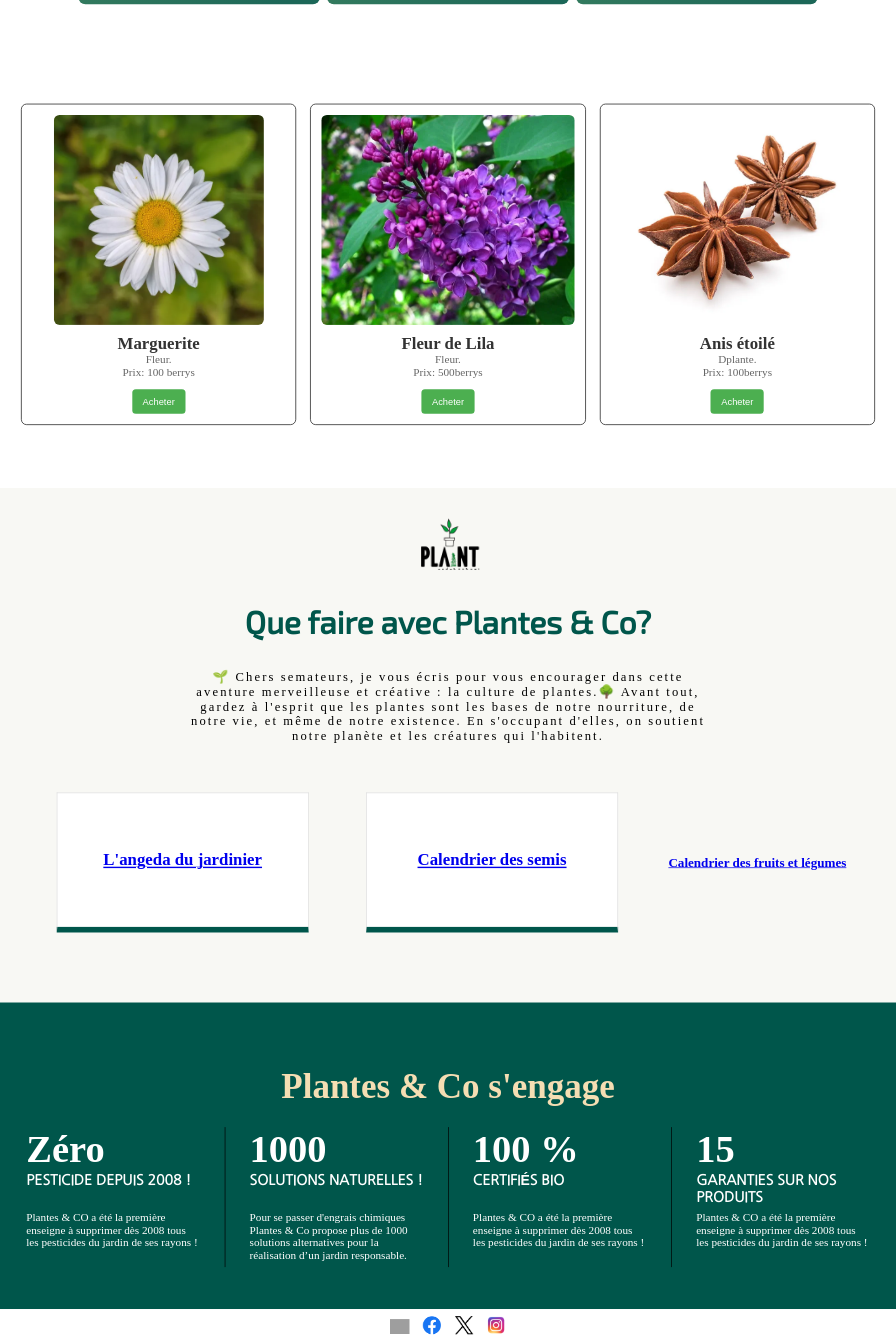
Repository: Flexo874/ISITECH-HTML-CSS
Page: index.html
These files come from the project's save history. The page is drawn as it stood at one moment and after the next save; the edit follows.
The browser window is 1280 px wide. The pictures show the part of the page from y = 1603 to 3523 px (the page is 3523 px tall before and 3330 px after), at 70% of full size.
Pictures or frames that could not be fetched are drawn as grey boxes. Some web fonts or font styles are not loaded; a fallback is used.

Above is the page before, as saved 2024-01-04 14:56:50.

### index.html
<!DOCTYPE html>
<html>
<head>
    <link rel="icon" href="/images/logo_render.png">
    <title>Plantes & Co</title>
    <link rel="preconnect" href="https://fonts.googleapis.com">
<link rel="preconnect" href="https://fonts.gstatic.com" crossorigin>
<link href="https://fonts.googleapis.com/css2?family=Exo+2&family=Macondo&family=Nanum+Gothic&display=swap" rel="stylesheet">
     <link rel="stylesheet" type="text/css" href="./style.css">
     <link rel="stylesheet" type="text/css" href="./reseaux.css">
     <link rel="stylesheet" type="text/css" href="./engagement.css">
     <link rel="stylesheet" type="text/css" href="./instructions.css">
     <link rel="preconnect" href="https://fonts.googleapis.com">
     <link rel="preconnect" href="https://fonts.gstatic.com" crossorigin>
     <link href="https://fonts.googleapis.com/css2?family=Exo+2&display=swap" rel="stylesheet">
     <link rel="preconnect" href="https://fonts.googleapis.com">
     <link rel="preconnect" href="https://fonts.gstatic.com" crossorigin>
     <link href="https://fonts.googleapis.com/css2?family=Exo+2&family=Macondo&display=swap" rel="stylesheet">
</head>
<body>

    <ul>
        <li>  <img src="images/logo_render.png" alt="Logo"></li>
        <li><a href="#home">Home</a></li>
        <li><a href="#news">News</a></li>
        <li><a href="/contact/contact.html">Contact</a></li>
        <li><a href="#about">About</a></li>
    </ul>

    <div class="plant-img">
        <div>
            <img src="/images/logo_render.png" alt="plante">
        </div>
    </div>

    <h1 > Best Sellers</h1>

    <div class="container">
            <div class="item">
                <a>
                <img src="images/semis-prêt-à-être-planté-dans-le-jardin.webp" alt="Logo">
                <p>Lorem ipsum dolor sit amet, consectetur adipiscing elit,  aliqua. Ut enim ad minim veniam, quis nostrud exercitation ullamco laboris nisi ut aliquip ex ea commodo consequat. Duis aute irure dolor in reprehenderit in voluptate velit esse cillum dolore eu fugiat nulla pariatur. Excepteur sint occaecat cupidatat non proident, sunt in culpa qui officia deserunt mollit anim id est laborum.</p>
                </a>
            </div>
            <div class="item">
                <a>
                <img src="images/semis-prêt-à-être-planté-dans-le-jardin.webp" alt="Logo">
                <p>Lorem ipsum dolor sit amet, consectetur adipiscing elit,  aliqua. Ut enim ad minim veniam, quis nostrud exercitation ullamco laboris nisi ut aliquip ex ea commodo consequat. Duis aute irure dolor in reprehenderit in voluptate velit esse cillum dolore eu fugiat nulla pariatur. Excepteur sint occaecat cupidatat non proident, sunt in culpa qui officia deserunt mollit anim id est laborum.</p>
                </a>
            </div>
            <div class="item">
                <a>
                <img src="images/semis-prêt-à-être-planté-dans-le-jardin.webp" alt="Logo">
                <p>Lorem ipsum dolor sit amet, consectetur adipiscing elit,  aliqua. Ut enim ad minim veniam, quis nostrud exercitation ullamco laboris nisi ut aliquip ex ea commodo consequat. Duis aute irure dolor in reprehenderit in voluptate velit esse cillum dolore eu fugiat nulla pariatur. Excepteur sint occaecat cupidatat non proident, sunt in culpa qui officia deserunt mollit anim id est laborum.</p>
                </a>
            </div>
    </div>

    <section class="produits">
        <div class="produit">
            <img src="images/Leucanthemum_vulgare.webp" alt="Produit 1">
            <h3>Marguerite</h3>
            <p>Fleur.</p>
            <p>Prix: 100 berrys</p>
            <button>Acheter</button>
        </div>
        <div class="produit">
            <img src="images/1676375528_249_Belle-signification-et-symbolisme-de-la-couleur-de-la-fleur.webp" alt="Produit 1">
            <h3>Fleur de Lila</h3>
            <p>Fleur.</p>
            <p>Prix: 500berrys </p>
            <button>Acheter</button>
        </div>
        <div class="produit">
            <img src="images/anis-étoilé-spice-de-fruits-et-de-graines-isolé-sur-fond-blanc.webp" alt="Produit 1">
            <h3>Anis étoilé</h3>
            <p>Dplante.</p>
            <p>Prix: 100berrys</p>
            <button>Acheter</button>
        </div>
    </section>

    <section class="instructions">
        <div class="logo">
        <img src="images/logo_render.png" alt="Logo">
        </div>
        <div class="titre">
            <h2>Que faire avec Plantes & Co?</h2>
        </div>
        <div class="description">
            <p>🌱 Chers semateurs, je vous écris pour vous encourager dans cette aventure
                 merveilleuse et créative : la culture de plantes.🌳 Avant tout, gardez à l'esprit que les plantes sont les bases de notre nourriture, de notre vie, et même de notre existence. En s'occupant d'elles, on soutient notre planète et les créatures qui l'habitent.</p>
          </div>
        <div class="categories">
            <a class="calendar" href="https://www.notretemps.com/vie-pratique/jardin/l-agenda-du-jardinier">

                    <h3>L'angeda du jardinier</h3>

            </a>
            <a class="calendar" href="https://www.fermedesaintemarthe.com/calendrier-des-semis-et-recoltes-p-13525">

                    <h3>Calendrier des semis</h3>

            </a>
            <a calss="calendar" href="https://www.bienmanger.com/1C600_Saison_Fruits_Legumes_Calendrier.html">

                <h3>Calendrier des fruits et légumes</h3>

            </a>
        </div>
    </section>

    <section class="engagement">
        <div class="titre2">
            <h2>Plantes & Co s'engage</h2>
        </div>
        <div class="cat">
            <div class="eng">
                <div class="titre-pesticide">
                    <h3>Zéro</h3>
                    <h4>PESTICIDE DEPUIS 2008 !</h4>
                </div>
                <div class="test">
                    <p>Plantes & CO a été la première enseigne à supprimer dès 2008 tous les pesticides du jardin de ses rayons !</p>
                </div>
             </div>
            <div class="separator"></div>
            <div class="eng">
                <div class="titre-pesticide">
                <h3>1000</h3>
                <h4>SOLUTIONS NATURELLES !</h4>
            </div>
                <div class="test">
                <p>Pour se passer d'engrais chimiques Plantes & Co propose plus de 1000 solutions alternatives pour la réalisation d’un jardin responsable.</p>
            </div>
            </div>
            <div class="separator"></div>
            <div class="eng">
                <div class="titre-pesticide">
                <h3>100 %</h3>
                <h4>CERTIFIÉS BIO</h4>
            </div>
                <div class="test">
                <p>Plantes & CO a été la première enseigne à supprimer dès 2008 tous les pesticides du jardin de ses rayons !</p>
            </div>
            </div>
            <div class="separator"></div>

            <div class="eng">
                <div class="titre-pesticide">
                <h3>15</h3>
                <h4>GARANTIES SUR NOS PRODUITS</h4>
            </div>
                <div class="test">
                <p>Plantes & CO a été la première enseigne à supprimer dès 2008 tous les pesticides du jardin de ses rayons !</p>
            </div>
            </div>
        </div>
    </section>

    <footer>
            <div class="socials">
                <div class="social">
                    <a class="yt"><img src="images/youtube.webp" alt="Youtube"></a>
                </div>
                <div class="social">
                    <img src="images/logo-facebook.webp" alt="Youtube">
                </div>
                <div class="social">
                    <img src="images/logo-black.png.twimg.1920.webp" alt="Youtube">
                </div>
                <div class="social">
                    <img src="images/580b57fcd9996e24bc43c521.webp" alt="Youtube">
                </div>
            </div>
    </footer>




</body>
</html>

### style.css
* {
  margin: 0;
  padding: 0;
  scroll-behavior: smooth;
}
ul {
  list-style-type: none;
  margin: 0;
  padding: 0;
  overflow: hidden;
  background-image: linear-gradient(
    109.6deg,
    rgba(61, 131, 97, 1) 11.2%,
    rgba(28, 103, 88, 1) 91.1%
  );
  display: flex;
  list-style: none;
  box-sizing: border-box;
  justify-content: left;
}

li img {
  width: 50px;
  height: auto;
  vertical-align: middle;
}

li {
  position: relative;
  margin-left: 20px;
}

li a {
  display: block;
  color: white;
  text-align: center;
  padding: 18px 16px;
  text-decoration: none;
  font-size: 18px;
  transition: 0.4s ease-in-out;
  position: center;
  font-family: "Noto Mono", monospace;
}

li a:hover {
  background-color: #00564B;
  border-radius: 5px;
  transform: scale(1.2);
}

.plant-img  {
  width: 100%;
  height: 56vw;
  object-fit: cover;
  overflow: hidden;
  background-image:url(images/lines.webp);


}
.plant-img > div {
  width: 100%;
  height: 100%;
  display: flex;
  justify-content: center;
  background-image: linear-gradient(0deg, white 0%, rgba(0,0,0,0) 15%);
}
.plant-img > div > img{
  align-items: center;
  width: 600px;

}

h1 {
  padding: 40px;
  padding-bottom: 0;
  margin-bottom: 0;
  margin-top: 60px;
  text-align: center;
  font-weight: bold;
  font-size: 60px;
}

.container {
  display: flex;
  grid-template-columns: repeat(3, 1fr);
  grid-auto-rows: minmax(300px, auto);
  gap: 10px;
  padding: 10px;
  margin-top: 0;
  margin: 8%;
  padding-top: 0;
}

.item {
  align-items: center;
  justify-content: center;
  border-radius: 10px;
  display: flex;
  justify-content: center;
  align-items: center;
  background-image: linear-gradient(
    109.6deg,
    rgba(61, 131, 97, 1) 11.2%,
    rgba(28, 103, 88, 1) 91.1%
  );
}

.item a {
  margin: 7px;
}

.item a:hover {
  color: white;
}

.item img {
  max-width: 100%;
  height: auto;
  border-radius:5px;
}

.item p {
  margin-top: 10px;
  text-align: center;
  color: white;
  font-family: "Noto Mono", monospace;
  font-size: 16px;
  margin:20px;

}

.produits {
  display: flex;
  flex-wrap: wrap;
  justify-content: space-around;
  padding: 20px;
}

.produit {
  background-color: #fff;
  border: 1px solid #ddd;
  border-radius: 8px;
  border-color: #111;
  margin: 10px;
  padding: 15px;
  text-align: center;
  transition: transform 0.3s ease-in-out;
  width: calc(33.33% - 20px);
  box-sizing: border-box;


}

.produit:hover {
  transform: scale(1.05);
}

.produit img {
  max-width: 100%;
  height: 300px;
  border-radius: 8px;
}

.produit h3 {
  margin-top: 10px;
  font-size: 1.5em;
  color: #333;
}

.produit p {
  color: #666;
}

.produit button {
  background-color: #4caf50;
  color: #fff;
  padding: 10px 15px;
  border: none;
  border-radius: 5px;
  cursor: pointer;
  margin-top: 15px;
}

.produit button:hover {
  background-color: #45a049;
}

### reseaux.css
footer{
    background-color:white;

}

.socials{
    display: flex;
    justify-content:center;
    padding: 10px 0;

}

.social{
    margin:0 10px;
}

.social img{
    width: 26px;
    height: 26px;
}

.social  :hover{
    transform: scale(1.1);
}
.social > .yt img{
    width: 26px;
    height: auto;
    padding-top: 5px;
    scale: 1.1;
}

### engagement.css
.engagement{
    padding: 20px ;

    background-color:#00564B;
}

.titre2{
    margin-top: 70px;
    text-align: center  ;
}
.engagement > .titre2 h2{
    font-family: 'Exo 2', sans-serif;
    font-family: 'Macondo', cursive;
    color:wheat;
    font-size: 50px;
}

.cat{
    display: flex;
    flex-wrap: wrap;
    justify-content: space-around;
    align-items: top;
    width: 100%;
    margin-top: 30px;
    margin-bottom: 20px;
    text-align:left;
    flex-direction:row;
    border-color: 8px solid black;


}

.test {
    display: flex;
    align-items:baseline;
    height: 100px;
}

.titre-pesticide {
    height: 120px;
}

.eng {
    width: 20%;
}

.eng h3{
    font-size: 55px;
    color:white;
    display: block;
}

.eng h4{
    font-size: 20px;
    color:white;
    margin-bottom: 30px;
    font-family: 'Exo 2', sans-serif;
    font-family: 'Macondo', cursive;
    font-family: 'Nanum Gothic', sans-serif;
    display: block;
}

.eng p{
    color:white;
}

.separator{
    height: 200px;
    width: 1px;
    background-color: black;
}

### instructions.css
.instructions{
    padding: 20px ;
    margin-top: 60px;
    background-color:#F8F8F4;

}

.logo{
    display: flex;
    justify-content: center;
    align-items:center;
}

.logo img {
    width: 10%;

}



 .titre {
  margin-top: 20px;
  text-align: center;
  font-weight: bold;
  color:#00564B;
  font-size: 30px;
  width: 100%;
}

.titre h2{
    font-family: 'Exo 2', sans-serif;
}

.description{
    display: flex;
    margin: 40px;
    text-align: center;
    margin-left: 20%;
    margin-right: 20%;
}

.description p{
    letter-spacing: 3px;
    font-size: 18px;

}


.categories{
    display: flex;
    flex-wrap: wrap;
    justify-content: space-around;
    padding: 20px;
    align-items: center;

    margin-top: 30px;
    margin-bottom: 50px;
}

.calendar{
    background-color: #fff;
  border: 1px solid #ddd;


  margin: 10px;
  padding: 15px;
  text-align: center;
  transition: transform 0.3s ease-in-out;
  width: calc(33.33% - 20px);
  box-sizing: border-box;
  height: 200px;
  width: 30%;
  display: flex;
  flex-direction: column;
  justify-content: space-around;
  border-bottom: solid 8px #00564B;
  transition: border 200ms ease-in-out;
}

.calendar:hover {
    border: solid 8px #00564B;
}

.calendar > h3 {
    font-size: 24px;

}

After the next save:
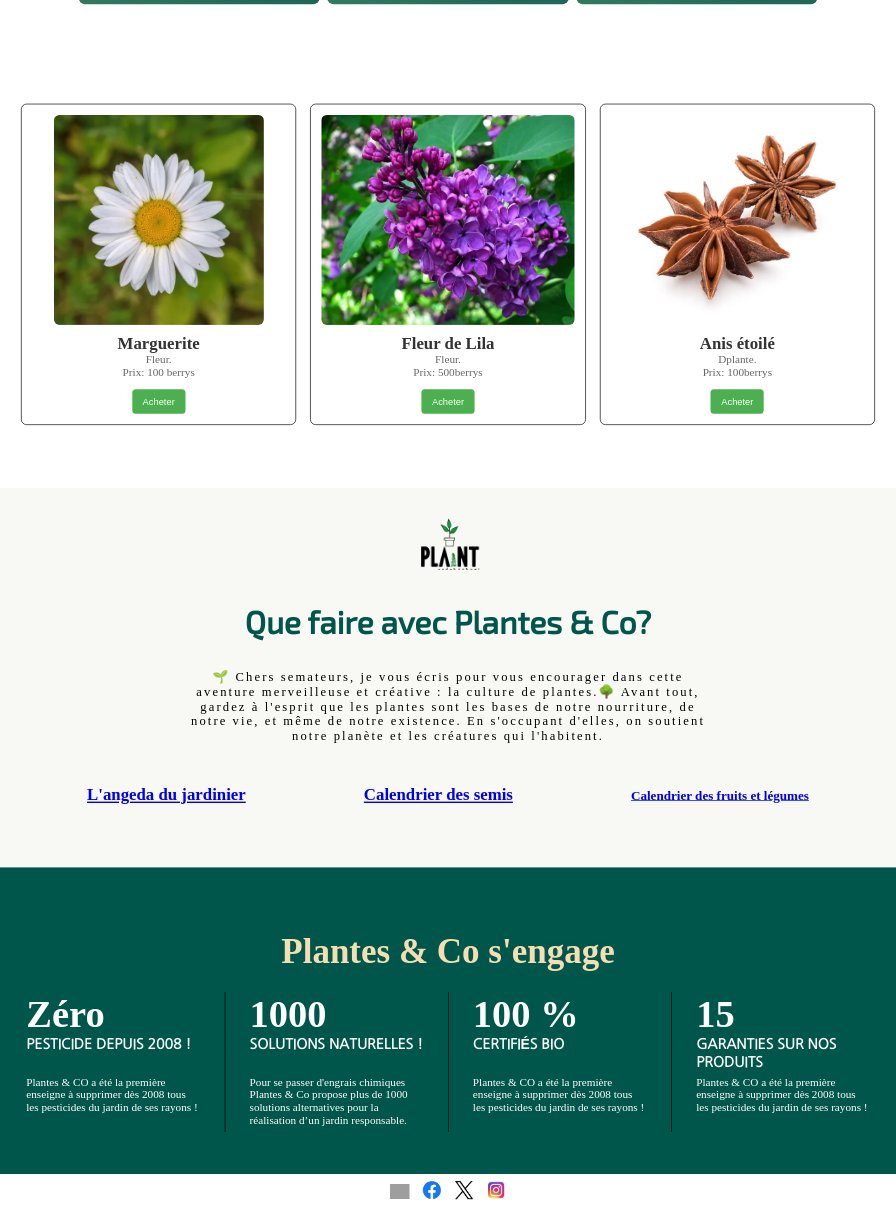
Saved 7 s later.
--- a/instructions.css
+++ b/instructions.css
@@ -57,7 +57,7 @@
     margin-bottom: 50px;
 }
 
-.calendar{
+.calendar a{
     background-color: #fff;
   border: 1px solid #ddd;
 

After the save that followed:
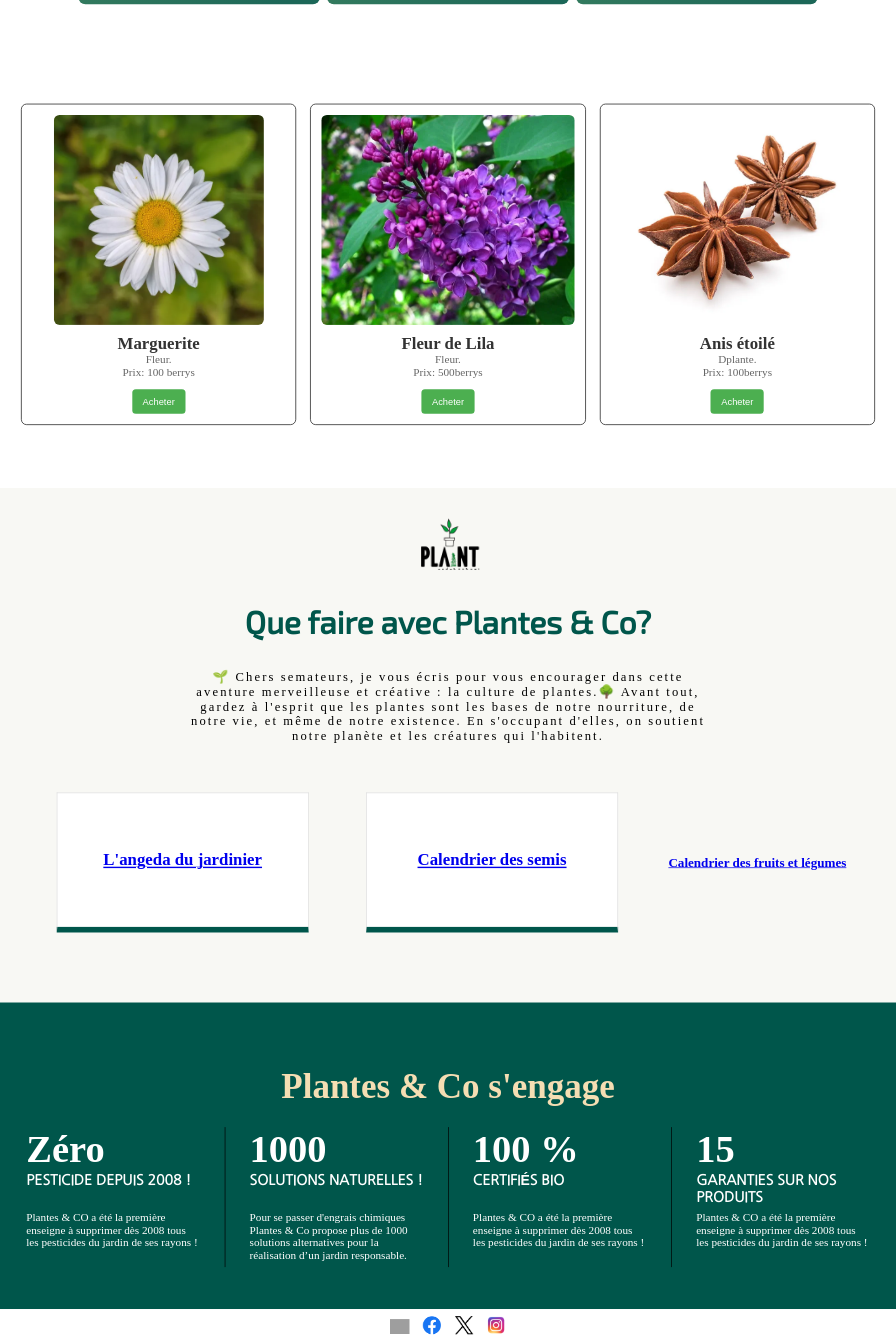
Saved 86 s later.
--- a/index.html
+++ b/index.html
@@ -93,19 +93,13 @@
           </div>
         <div class="categories">
             <a class="calendar" href="https://www.notretemps.com/vie-pratique/jardin/l-agenda-du-jardinier">
-
                     <h3>L'angeda du jardinier</h3>
-
             </a>
             <a class="calendar" href="https://www.fermedesaintemarthe.com/calendrier-des-semis-et-recoltes-p-13525">
-
                     <h3>Calendrier des semis</h3>
-
             </a>
             <a calss="calendar" href="https://www.bienmanger.com/1C600_Saison_Fruits_Legumes_Calendrier.html">
-
                 <h3>Calendrier des fruits et légumes</h3>
-
             </a>
         </div>
     </section>
--- a/instructions.css
+++ b/instructions.css
@@ -57,11 +57,9 @@
     margin-bottom: 50px;
 }
 
-.calendar a{
+.calendar {
     background-color: #fff;
   border: 1px solid #ddd;
-
-
   margin: 10px;
   padding: 15px;
   text-align: center;
